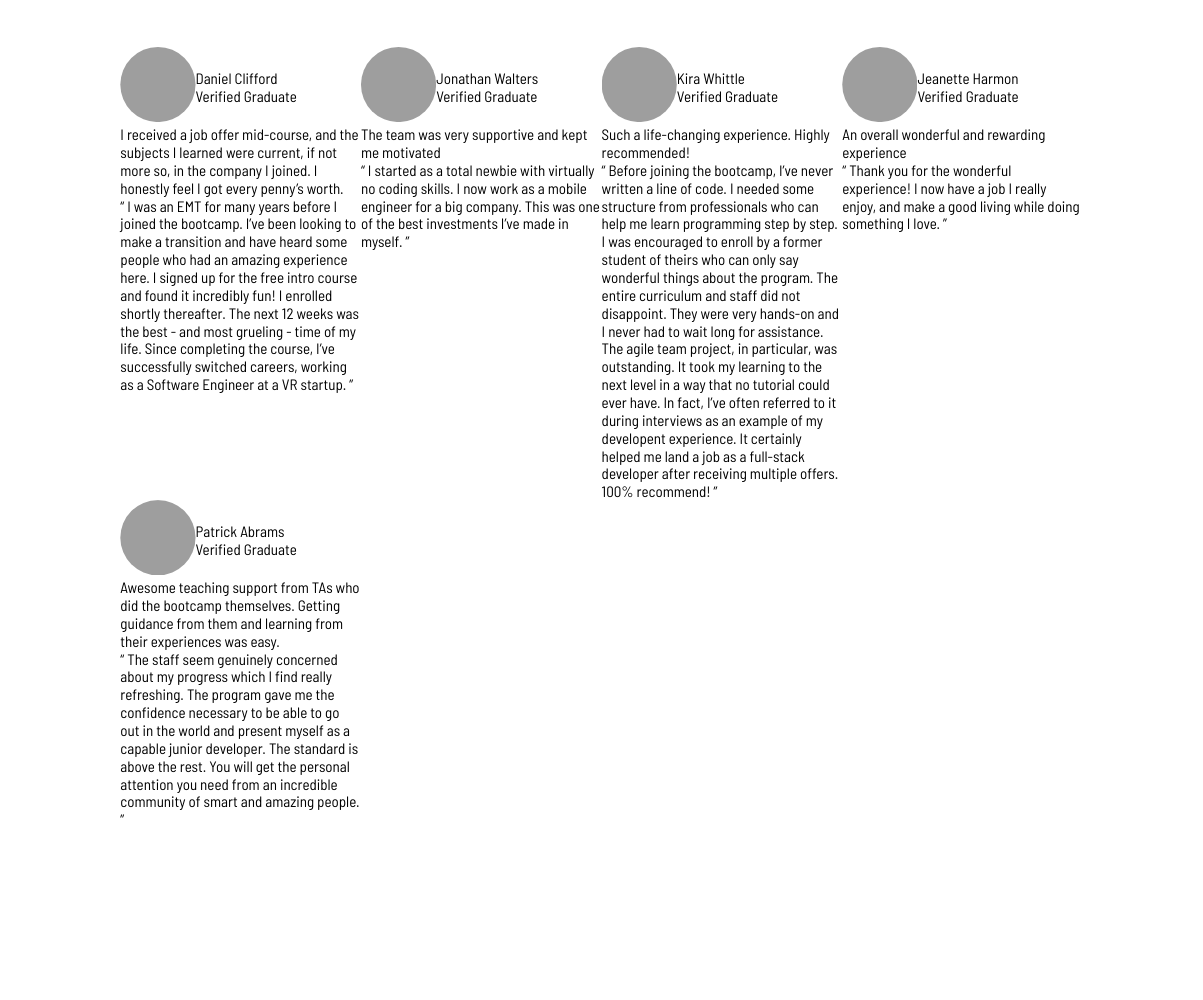
Repository: nptg3105/lab02-testimonials-grid
Page: index.html
The author's editor kept a copy of each file at every save. The page is drawn from the files as they stood at one save, then again after the next save.
The browser window is 1280 px wide. The pictures show the whole page, at 94% of full size.
Pictures or frames that could not be fetched are drawn as grey boxes. The style sheet was rebuilt from its Sass, Less or Tailwind sources for each picture, by a compiler version that may differ from the author's.

Above is the page before, as saved 2021-12-08 05:26:49.

### index.html
<!DOCTYPE html>
<html lang="en">
  <head>
    <meta charset="UTF-8" />
    <meta http-equiv="X-UA-Compatible" content="IE=edge" />
    <meta name="viewport" content="width=device-width, initial-scale=1.0" />
    <title>Lab02 - Testimonials</title>
    <link rel="stylesheet" href="style.css" />
    <link
      href="https://fonts.googleapis.com/css2?family=Barlow+Semi+Condensed:wght@400;500;700&display=swap"
      rel="stylesheet"
    />
  </head>
  <body>
    <div class="container">
      <div class="testimonials">
        <div class="testimonials__item testimonials__item--violet">
          <div class="author">
            <div class="author__avatar">
              <img
                src="https://images.unsplash.com/photo-1570295999919-56ceb5ecca61?ixlib=rb-1.2.1&ixid=MnwxMjA3fDB8MHxzZWFyY2h8OHx8bWFufGVufDB8fDB8fA%3D%3D&auto=format&fit=crop&w=500&q=60"
                alt=""
              />
            </div>
            <div class="author__name">
              Daniel Clifford <br />
              Verified Graduate
            </div>
          </div>
          <div class="testimonials__heading">
            I received a job offer mid-course, and the subjects I learned were
            current, if not more so, in the company I joined. I honestly feel I
            got every penny’s worth.
          </div>
          <div class="testimonials__desc">
            “ I was an EMT for many years before I joined the bootcamp. I’ve
            been looking to make a transition and have heard some people who had
            an amazing experience here. I signed up for the free intro course
            and found it incredibly fun! I enrolled shortly thereafter. The next
            12 weeks was the best - and most grueling - time of my life. Since
            completing the course, I’ve successfully switched careers, working
            as a Software Engineer at a VR startup. ”
          </div>
        </div>
        <div class="testimonials__item testimonials__item--gray">
          <div class="author">
            <div class="author__avatar">
              <img
                src="https://images.unsplash.com/photo-1570295999919-56ceb5ecca61?ixlib=rb-1.2.1&ixid=MnwxMjA3fDB8MHxzZWFyY2h8OHx8bWFufGVufDB8fDB8fA%3D%3D&auto=format&fit=crop&w=500&q=60"
                alt=""
              />
            </div>
            <div class="author__name">
              Jonathan Walters <br />
              Verified Graduate
            </div>
          </div>
          <div class="testimonials__heading">
            The team was very supportive and kept me motivated
          </div>
          <div class="testimonials__desc">
            “ I started as a total newbie with virtually no coding skills. I now
            work as a mobile engineer for a big company. This was one of the
            best investments I’ve made in myself. ”
          </div>
        </div>
        <div class="testimonials__item testimonials__item--white">
          <div class="author">
            <div class="author__avatar">
              <img
                src="https://images.unsplash.com/photo-1570295999919-56ceb5ecca61?ixlib=rb-1.2.1&ixid=MnwxMjA3fDB8MHxzZWFyY2h8OHx8bWFufGVufDB8fDB8fA%3D%3D&auto=format&fit=crop&w=500&q=60"
                alt=""
              />
            </div>
            <div class="author__name">
              Kira Whittle <br />
              Verified Graduate
            </div>
          </div>
          <div class="testimonials__heading">
            Such a life-changing experience. Highly recommended!
          </div>
          <div class="testimonials__desc">
            “ Before joining the bootcamp, I’ve never written a line of code. I
            needed some structure from professionals who can help me learn
            programming step by step. I was encouraged to enroll by a former
            student of theirs who can only say wonderful things about the
            program. The entire curriculum and staff did not disappoint. They
            were very hands-on and I never had to wait long for assistance. The
            agile team project, in particular, was outstanding. It took my
            learning to the next level in a way that no tutorial could ever
            have. In fact, I’ve often referred to it during interviews as an
            example of my developent experience. It certainly helped me land a
            job as a full-stack developer after receiving multiple offers. 100%
            recommend! ”
          </div>
        </div>
        <div class="testimonials__item testimonials__item--white">
          <div class="author">
            <div class="author__avatar">
              <img
                src="https://images.unsplash.com/photo-1570295999919-56ceb5ecca61?ixlib=rb-1.2.1&ixid=MnwxMjA3fDB8MHxzZWFyY2h8OHx8bWFufGVufDB8fDB8fA%3D%3D&auto=format&fit=crop&w=500&q=60"
                alt=""
              />
            </div>
            <div class="author__name">
              Jeanette Harmon <br />
              Verified Graduate
            </div>
          </div>
          <div class="testimonials__heading">
            An overall wonderful and rewarding experience
          </div>
          <div class="testimonials__desc">
            “ Thank you for the wonderful experience! I now have a job I really
            enjoy, and make a good living while doing something I love. ”
          </div>
        </div>
        <div class="testimonials__item testimonials__item--black">
          <div class="author">
            <div class="author__avatar">
              <img
                src="https://images.unsplash.com/photo-1570295999919-56ceb5ecca61?ixlib=rb-1.2.1&ixid=MnwxMjA3fDB8MHxzZWFyY2h8OHx8bWFufGVufDB8fDB8fA%3D%3D&auto=format&fit=crop&w=500&q=60"
                alt=""
              />
            </div>
            <div class="author__name">
              Patrick Abrams <br />
              Verified Graduate
            </div>
          </div>
          <div class="testimonials__heading">
            Awesome teaching support from TAs who did the bootcamp themselves.
            Getting guidance from them and learning from their experiences was
            easy.
          </div>
          <div class="testimonials__desc">
            “ The staff seem genuinely concerned about my progress which I find
            really refreshing. The program gave me the confidence necessary to
            be able to go out in the world and present myself as a capable
            junior developer. The standard is above the rest. You will get the
            personal attention you need from an incredible community of smart
            and amazing people. ”
          </div>
        </div>
      </div>
    </div>
  </body>
</html>

### style.scss
$font-main:'Barlow Semi Condensed',
sans-serif;

* {
    box-sizing: border-box;
    margin: 0;
    padding: 0;
}

.container {
    max-width: 1024px;
    margin: 50px auto;
}

.testimonials {
    font-family: $font-main;
    display: grid;
    grid-template-columns: repeat(4, 1fr);
    grid-template-rows: repeat(2, 1fr);
}

.author {
    display: flex;
    align-items: center;

    &__avatar {
        img {
            object-fit: cover;
            width: 80px;
            height: 80px;
            border-radius: 50%;

        }
    }

}

After the next save:
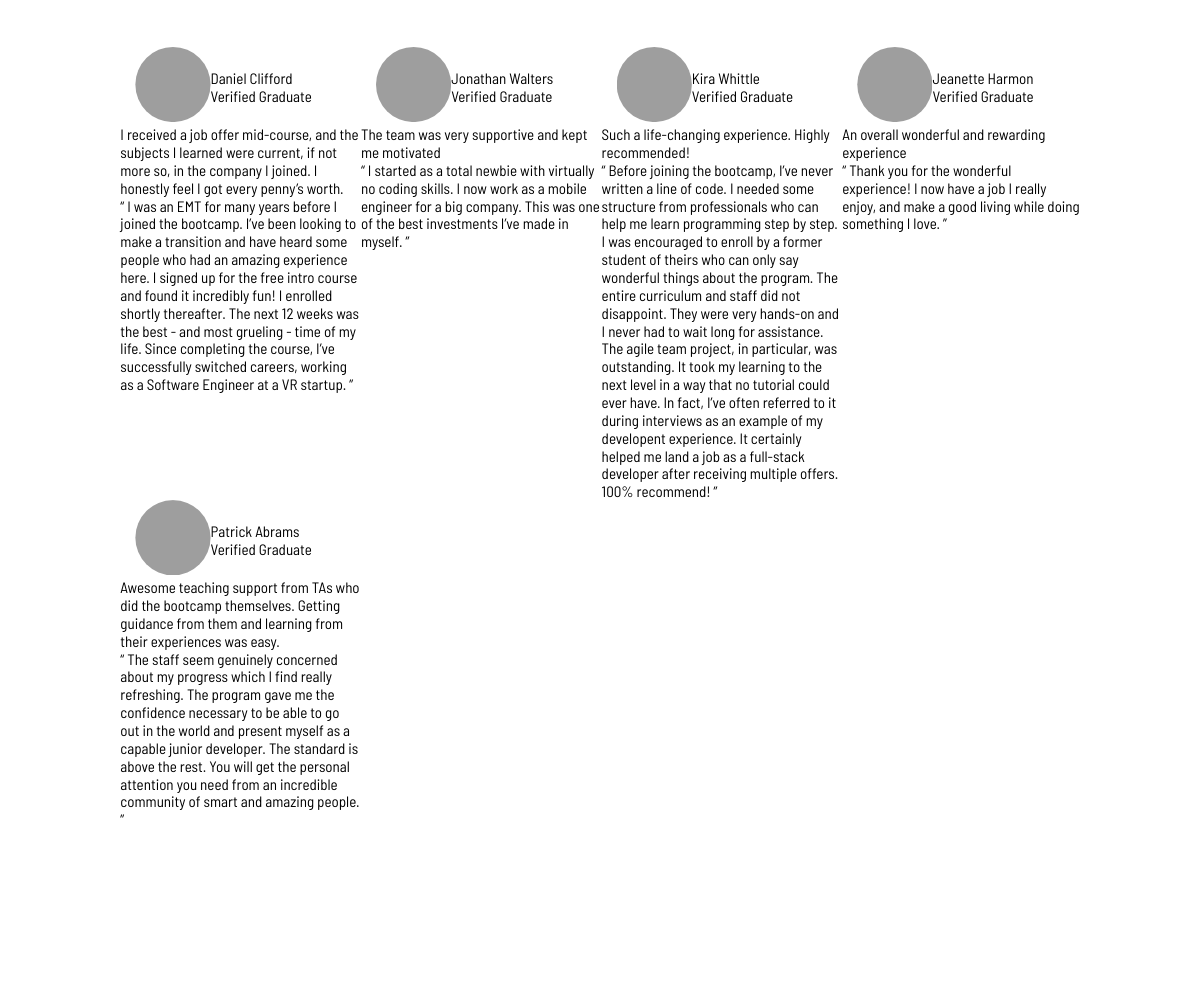
Saved 14 s later.
--- a/style.scss
+++ b/style.scss
@@ -24,6 +24,8 @@ sans-serif;
     align-items: center;
 
     &__avatar {
+        margin-left: 16px;
+
         img {
             object-fit: cover;
             width: 80px;
